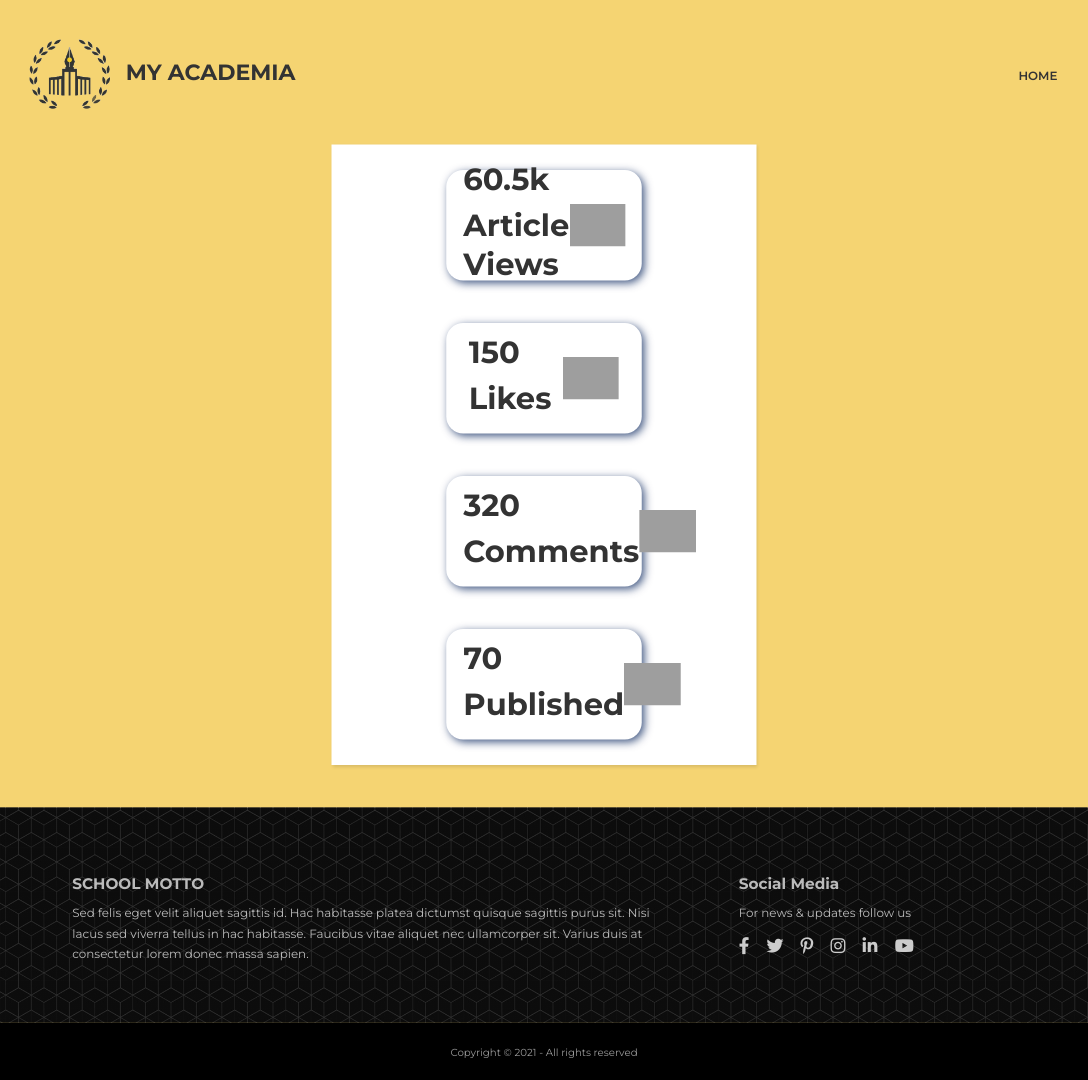
Repository: SaxenaAbhay/DBMS2023
Page: http://localhost/dashboard
These files come from the project's save history. The page is drawn as it stood at one moment and after the next save; the edit follows.
The browser window is 1280 px wide. The pictures show the whole page, at 85% of full size.
Pictures or frames that could not be fetched are drawn as grey boxes. The page is this project's Thymeleaf template; nobody is signed in. The template is opened directly, without the code that normally fills it, so the values that code supplies are empty.

Above is the page before, as saved 2023-10-20 05:12:11.

### school-managment-system/src/main/resources/templates/dashboard.html
<!DOCTYPE html>
<html lang="en">

<head>
    <meta charset="utf-8">
    <meta name="viewport" content="width=device-width, initial-scale=1, shrink-to-fit=no">

    <!-- SEO Meta Tags -->
    <meta name="description" content="My Academia">
    <meta name="keywords" content="school website, responsive">
    <meta name="author" content="XYZ">

    <!-- Website Title -->
    <title>My Academia</title>

    <link href="https://fonts.googleapis.com/css?family=Montserrat:400,400i,600,700,700i&display=swap" rel="stylesheet">

    <link href="css/bootstrap.css" rel="stylesheet">
    <link href="css/fontawesome-all.css" rel="stylesheet">
    <link href="css/swiper.css" rel="stylesheet">
    <link href="css/styles.css" rel="stylesheet">

    <link rel="icon" href="images/logo2.jpg">

    <!-- Scripts -->
    <script src="js/jquery.min.js" defer></script>
    <script src="js/popper.min.js" defer></script>
    <script src="js/bootstrap.min.js" defer></script>
    <script src="js/jquery.easing.min.js" defer></script>
    <script src="js/swiper.min.js" defer></script>
    <script src="js/validator.min.js" defer></script>
    <script src="js/scripts.js" defer></script>
</head>

<body data-spy="scroll" data-target=".fixed-top" class="application">

    <!-- Preloader -->
    <div class="spinner-wrapper">
        <div class="spinner">
            <div class="bounce1"></div>
            <div class="bounce2"></div>
            <div class="bounce3"></div>
        </div>
    </div>
    <!-- end of preloader -->


    <!-- Navigation -->
    <nav class="navbar navbar-expand-lg navbar-dark navbar-custom fixed-top">

        <!-- Logo -->
        <a class="navbar-brand logo-image" href="./index.html"><img src="./images/logo.jpg"></a>
        <h3>MY ACADEMIA</h3>

        <div class="collapse navbar-collapse" id="navbarsExampleDefault">
            <ul class="navbar-nav ml-auto">
                <li class="nav-item">
                    <a class="nav-link page-scroll" href="./index.html">HOME</a>
                </li>
            </ul>
        </div>
    </nav>

    <div class="wrapper">

    <div class="box-container">

                <div class="box box1">
                    <div class="text">
                        <h2 class="topic-heading">60.5k</h2>
                        <h2 class="topic">Article Views</h2>
                    </div>

                    <img src=
"https://media.geeksforgeeks.org/wp-content/uploads/20221210184645/Untitled-design-(31).png"
                        alt="Views">
                </div>

                <div class="box box2">
                    <div class="text">
                        <h2 class="topic-heading">150</h2>
                        <h2 class="topic">Likes</h2>
                    </div>

                    <img src=
"https://media.geeksforgeeks.org/wp-content/uploads/20221210185030/14.png"
                         alt="likes">
                </div>

                <div class="box box3">
                    <div class="text">
                        <h2 class="topic-heading">320</h2>
                        <h2 class="topic">Comments</h2>
                    </div>

                    <img src=
"https://media.geeksforgeeks.org/wp-content/uploads/20221210184645/Untitled-design-(32).png"
                        alt="comments">
                </div>

                <div class="box box4">
                    <div class="text">
                        <h2 class="topic-heading">70</h2>
                        <h2 class="topic">Published</h2>
                    </div>

                    <img src=
"https://media.geeksforgeeks.org/wp-content/uploads/20221210185029/13.png" alt="published">
                </div>
            </div>
         </div>

    <!--<div class="wrapper">
        <div class="title">LOGIN</div>
        <form class="form">
            <div class="inputfield">
                <label>Username</label>
                <input type="text" class="input">
            </div>
            <div class="inputfield">
                <label>Password</label>
                <input type="text" class="input">
            </div>
            <div class="inputfield">
                <label>Class To Be Enrolled</label>
                <input type="text" class="input">
            </div>
            <div class="inputfield">
                <label>Last School Attended</label>
                <input type="text" class="input">
            </div>
            <div class="inputfield">
                <label>Gender</label>
                <div class="custom_select">
                    <select>
                        <option value="">Select</option>
                        <option value="male">Male</option>
                        <option value="female">Female</option>
                    </select>
                </div>
            </div>
            <div class="inputfield">
                <label>D.O.B.</label>
                <input type="date" class="input">
            </div>
            <div class="inputfield">
                <label>Blood Group</label>
                <input type="text" class="input">
            </div>
            <div class="inputfield">
                <label>Religion</label>
                <input type="text" class="input">
            </div>
            <div class="inputfield">
                <label>Caste</label>
                <div class="custom_select">
                    <select>
                        <option value="">Select</option>
                        <option value="gen">GEN</option>
                        <option value="sc-st">SC/ST</option>
                        <option value="obc">OBC</option>
                    </select>
                </div>
            </div>
            <div class="inputfield">
                <label>Contact Number</label>
                <input type="text" class="input">
            </div>
            <div class="inputfield">
                <label>Aadhaar Number</label>
                <input type="text" class="input">
            </div>
            <div class="form-group">
                <label>Upload image of Aadhaar Card</label>
                <input type="file">
            </div>
            <div class="inputfield">
                <label>Father's Name</label>
                <input type="text" class="input">
            </div>
            <div class="inputfield">
                <label>Father's Occupation</label>
                <div class="custom_select">
                    <select>
                        <option value="">Select</option>
                        <option value="pvt">Private Service</option>
                        <option value="ind">Industrial Service</option>
                        <option value="govt">Govt Service</option>
                        <option value="self">Self Employed</option>
                    </select>
                </div>
            </div>
            <div class="inputfield">
                <label>Father's Email</label>
                <input type="text" class="input">
            </div>
            <div class="inputfield">
                <label>Father's Contact</label>
                <input type="text" class="input">
            </div>
            <div class="inputfield">
                <label>Father's Aadhaar Number</label>
                <input type="text" class="input">
            </div>
            <div class="form-group">
                <label>Upload image of Aadhaar Card</label>
                <input type="file">
            </div>
            <div class="inputfield">
                <label>Mother's Name</label>
                <input type="text" class="input">
            </div>
            <div class="inputfield">
                <label>Mother's Occupation</label>
                <div class="custom_select">
                    <select>
                        <option value="">Select</option>
                        <option value="pvt">Private Service</option>
                        <option value="ind">Industrial Service</option>
                        <option value="govt">Govt Service</option>
                        <option value="self">Self Employed</option>
                    </select>
                </div>
            </div>
            <div class="inputfield">
                <label>Mother's Email</label>
                <input type="text" class="input">
            </div>
            <div class="inputfield">
                <label>Mother's Contact</label>
                <input type="text" class="input">
            </div>
            <div class="inputfield">
                <label>Mother's Aadhaar Number</label>
                <input type="text" class="input">
            </div>
            <div class="form-group">
                <label>Upload image of Aadhaar Card</label>
                <input type="file">
            </div>
            <div class="inputfield">
                <label>Guardian's Name</label>
                <input type="text" class="input">
            </div>
            <div class="inputfield">
                <label>Guardian's Occupation</label>
                <div class="custom_select">
                    <select>
                        <option value="">Select</option>
                        <option value="pvt">Private Service</option>
                        <option value="ind">Industrial Service</option>
                        <option value="govt">Govt Service</option>
                        <option value="self">Self Employed</option>
                    </select>
                </div>
            </div>
            <div class="inputfield">
                <label>Guardian's Email</label>
                <input type="text" class="input">
            </div>
            <div class="inputfield">
                <label>Guardian's Contact</label>
                <input type="text" class="input">
            </div>
            <div class="inputfield">
                <label>Guardian's Aadhaar Number</label>
                <input type="text" class="input">
            </div>
            <div class="form-group">
                <label>Upload image of Aadhaar Card</label>
                <input type="file">
            </div>
            <div class="inputfield">
                <label>Family Income</label>
                <input type="text" class="input">
            </div>
            <div class="inputfield">
                <label>Address</label>
                <textarea class="textarea"></textarea>
            </div>
            <div class="inputfield terms">
                <label class="check">
                    <input type="checkbox">
                    <span class="checkmark"></span>
                </label>
                <p>Agreed to <a href="./terms.html"> terms and conditions</a></p>
            </div>
            <div class="inputfield">
                <input type="submit" value="SIGN IN" class="btn">
            </div>
        </form>
    </div>-->

    <!-- Footer -->
    <div class="footer">
        <div class="container">
            <div class="row">
                <div class="col-md-8">
                    <div class="footer-col first">
                        <h5>SCHOOL MOTTO</h5>
                        <p class="p-small">Sed felis eget velit aliquet sagittis id. Hac habitasse platea dictumst
                            quisque sagittis purus sit. Nisi lacus sed viverra tellus in hac habitasse. Faucibus vitae
                            aliquet nec ullamcorper sit. Varius duis at consectetur lorem donec massa sapien.</p>
                    </div>
                </div> <!-- end of col -->
                <div class="col-md-4">
                    <div class="footer-col fourth">
                        <h5>Social Media</h5>
                        <p class="p-small">For news & updates follow us</p>
                        <a href="#your-link">
                            <i class="fab fa-facebook-f"></i>
                        </a>
                        <a href="#your-link">
                            <i class="fab fa-twitter"></i>
                        </a>
                        <a href="#your-link">
                            <i class="fab fa-pinterest-p"></i>
                        </a>
                        <a href="#your-link">
                            <i class="fab fa-instagram"></i>
                        </a>
                        <a href="#your-link">
                            <i class="fab fa-linkedin-in"></i>
                        </a>
                        <a href="#your-link">
                            <i class="fab fa-youtube"></i>
                        </a>
                    </div>
                </div> <!-- end of col -->
            </div> <!-- end of row -->
        </div> <!-- end of container -->
    </div> <!-- end of footer -->
    <!-- end of footer -->


    <!-- Copyright -->
    <div class="copyright">
        <div class="container">
            <div class="row">
                <div class="col-lg-12">
                    <p class="p-small">Copyright © 2021 - All rights reserved</p>
                </div> <!-- end of col -->
            </div> <!-- enf of row -->
        </div> <!-- end of container -->
    </div> <!-- end of copyright -->
    <!-- end of copyright -->
</body>

</html>

Loaded but not shown: school-managment-system/src/main/resources/static/css/bootstrap.css (library); school-managment-system/src/main/resources/static/css/fontawesome-all.css (library); school-managment-system/src/main/resources/static/css/swiper.css (library); school-managment-system/src/main/resources/static/js/jquery.min.js (library); school-managment-system/src/main/resources/static/js/popper.min.js (library); school-managment-system/src/main/resources/static/js/bootstrap.min.js (library); school-managment-system/src/main/resources/static/js/jquery.easing.min.js (library); school-managment-system/src/main/resources/static/js/swiper.min.js (library); school-managment-system/src/main/resources/static/js/validator.min.js (library); school-managment-system/src/main/resources/static/js/scripts.js (177 lines, source omitted); school-managment-system/src/main/resources/static/css/styles.css (1735 lines, source omitted)

After the next save:
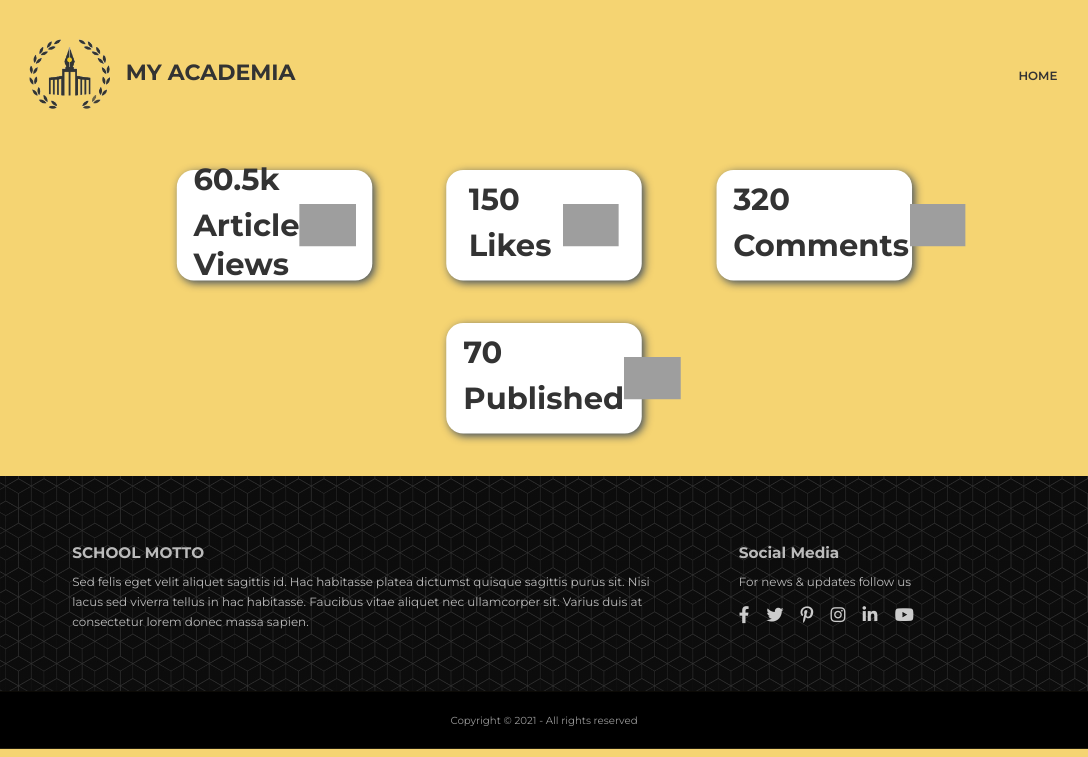
Saved 46 s later.
--- a/school-managment-system/src/main/resources/templates/dashboard.html
+++ b/school-managment-system/src/main/resources/templates/dashboard.html
@@ -61,7 +61,7 @@
         </div>
     </nav>
 
-    <div class="wrapper">
+    <div class="wrapper_2">
 
     <div class="box-container">
 
